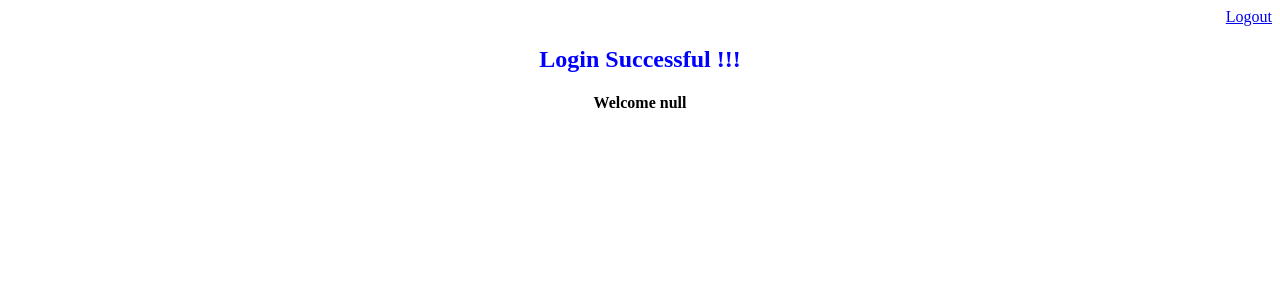
Repository: nirmaniPathiranage/CSSE-Procurement-Management
Page: http://localhost/Item_Management/Home.jsp
These files come from the project's save history. The page is drawn as it stood at one moment and after the next save; the edit follows.
The browser window is 1280 px wide. The pictures show the whole page.
The page is served by Tomcat 9. Other server files are loaded and not shown.

Above is the page before, as saved 2019-09-27 15:55:50.

### Item_Management/WebContent/Home.jsp
<%@ page language="java" contentType="text/html; charset=ISO-8859-1"
	pageEncoding="ISO-8859-1"%>
<!DOCTYPE html>
<html>
<head>
<meta http-equiv="Content-Type" content="text/html; charset=ISO-8859-1">
<title>Home Page</title>
</head>
<body>
	<div style="text-align: right">
		<a href="LogoutServlet">Logout</a>
	</div>
	<center>
		<h2>
			<font style="color: blue">Login Successful !!!</font>
		</h2>
	</center>
	<center>
		<h4>
			Welcome
			<%=session.getAttribute("userName")%>
		</h4>
</body>
</html>

After the next save:
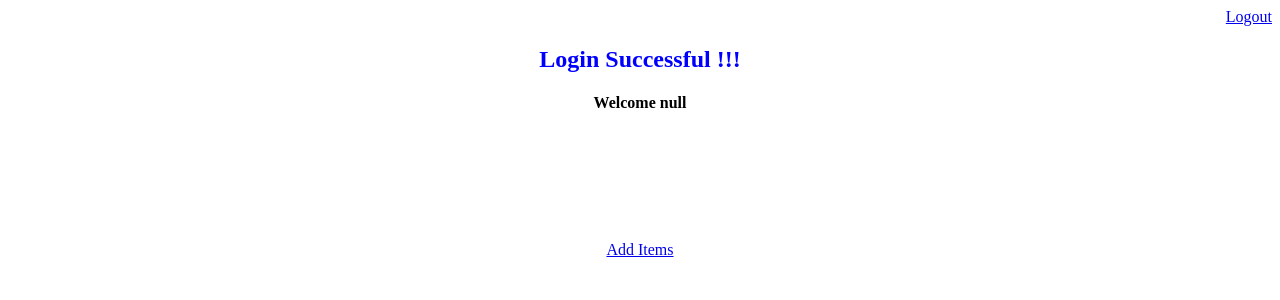
Saved 19 s later.
--- a/Item_Management/WebContent/Home.jsp
+++ b/Item_Management/WebContent/Home.jsp
@@ -20,5 +20,9 @@
 			Welcome
 			<%=session.getAttribute("userName")%>
 		</h4>
+
+		<br><br><br><br><br><br>
+<a href = "addItem.jsp">Add Items</a>
+
 </body>
 </html>
